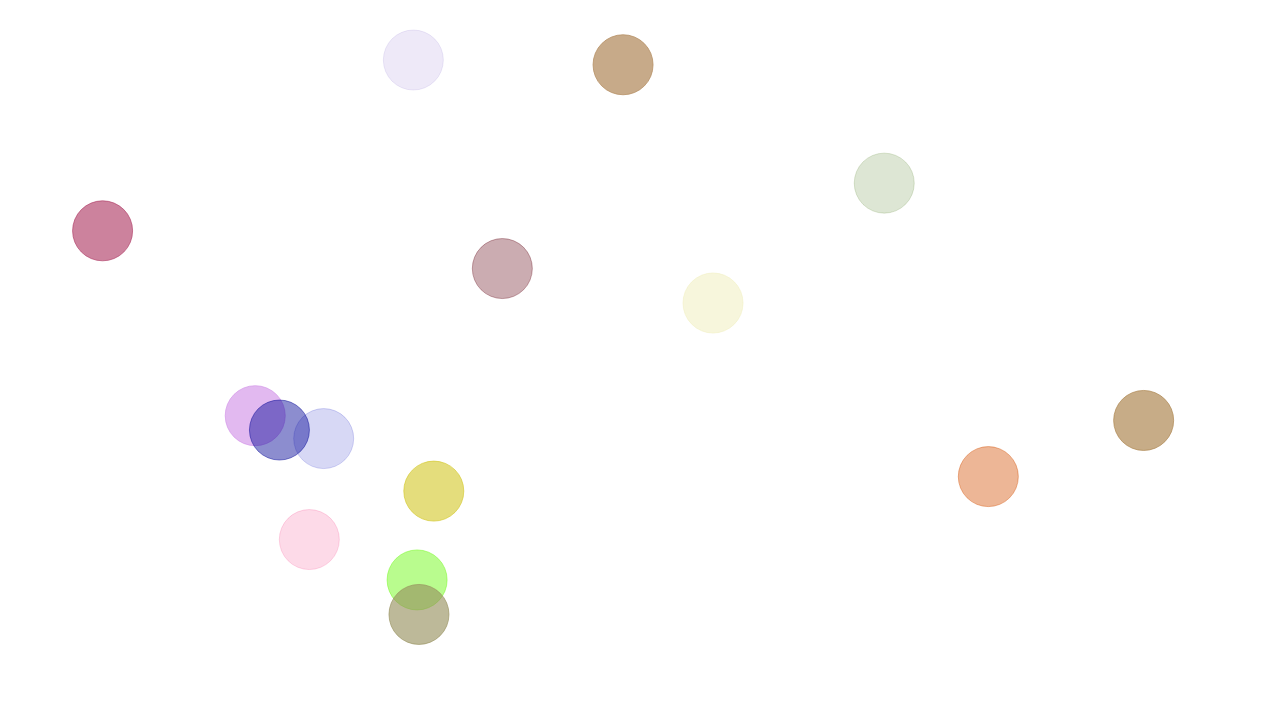
Repository: MikeTroianello/canvas-testing
Page: index.html
These files come from the project's save history. The page is drawn as it stood at one moment and after the next save; the edit follows.
The browser window is 1280 px wide. The pictures show the whole page.

Above is the page before, as saved 2019-06-05 21:39:27.

### index.html
<!DOCTYPE html>
<html lang="en">
  <head>
    <meta charset="UTF-8" />
    <meta name="viewport" content="width=device-width, initial-scale=1.0" />
    <meta http-equiv="X-UA-Compatible" content="ie=edge" />
    <link rel="stylesheet" type="text/css" href="style.css" />
    <title>Canvas</title>
  </head>
  <body>
    <canvas></canvas>
    <script src="canvas.js"></script>
  </body>
</html>

### style.css
body {
  margin: 0;
}

/* canvas {
  border: 1px solid black;
} */

### canvas.js
var canvas = document.querySelector('canvas');
console.log(canvas);

canvas.width = window.innerWidth;
canvas.height = window.innerHeight;

var ctx = canvas.getContext('2d');

// for (let i = 0; i < canvas.width; i++) {
//   ctx.fillStyle = `rgba(${i}, ${i}, ${i * 30}, 1)`;
//   ctx.fillRect(i * 100, i * 100, 100, 100);
// }

//Line

// ctx.beginPath();
// ctx.moveTo(50, 300);
// ctx.lineTo(300, 100);
// ctx.lineTo(400, 300);
// ctx.strokeStyle = 'blue';
// ctx.stroke();

//arc
// ctx.beginPath();
// ctx.arc(300, 300, 30, 0, Math.PI * 2, false);
// ctx.strokeStyle = 'red';
// ctx.stroke();

// for (let i = 0; i < 1009; i++) {
//   var x = Math.random() * window.innerWidth;
//   var y = Math.random() * window.innerHeight;
//   var r = Math.floor(Math.random() * 255);
//   ctx.beginPath();
//   ctx.arc(x, y, 30, 0, Math.PI * 2, false);
//   ctx.strokeStyle = `rgba(${Math.floor(Math.random() * 255)},${Math.floor(
//     Math.random() * 255
//   )},${Math.floor(Math.random() * 255)}, ${Math.random()}`;
//   ctx.stroke();
// }

//MOVING CIRCLES

var mouse = {
  x: undefined,
  y: undefined
};

window.addEventListener('mousemove', function(event) {
  mouse.x = event.x;
  mouse.y = event.y;
});

class Circle {
  constructor(x, y, dx, dy, radius, color) {
    this.x = x;
    this.y = y;
    this.dx = dx;
    this.dy = dy;
    this.radius = radius;
    this.color = color;
    this.draw = function() {
      ctx.beginPath();
      ctx.arc(this.x, this.y, this.radius, 0, Math.PI * 2, false);
      ctx.strokeStyle = this.color;
      ctx.stroke();
      ctx.fillStyle = this.color;
      ctx.fill();
    };
    this.update = function() {
      if (this.x + radius >= innerWidth || this.x - radius <= 0) {
        this.dx = -this.dx;
      }
      if (this.y + radius >= innerHeight || this.y - radius <= 0) {
        this.dy = -this.dy;
      }
      this.x += this.dx;
      this.y += this.dy;

      // interactivity

      if (
        mouse.x - this.x < 50 &&
        mouse.x - this.x > -50 &&
        mouse.y - this.y < 50 &&
        mouse.y - this.y > -50
      ) {
        this.radius++;
      }
      if (
        mouse.x - this.x > 50 &&
        mouse.x - this.x < -50 &&
        mouse.y - this.y > 50 &&
        mouse.y - this.y < -50 &&
        this.radius >= 30
      ) {
        this.radius--;
      }

      this.draw();
    };
  }
}

var circleArray = [];

for (let i = 0; i < 15; i++) {
  // let r = Math.random() * 35;
  let r = 30;
  let x = Math.random() * (innerWidth - r * 2) + r;
  let y = Math.random() * (innerHeight - r * 2) + r;
  let dx = (Math.random() - 0.5) * 5;
  let dy = (Math.random() - 0.5) * 5;
  let color = `rgba(${Math.floor(Math.random() * 255)},${Math.floor(
    Math.random() * 255
  )},${Math.floor(Math.random() * 255)}, ${Math.random()}`;
  circleArray.push(new Circle(x, y, dx, dy, r, color));
}

console.log(circleArray);

function animate() {
  requestAnimationFrame(animate);
  ctx.clearRect(0, 0, innerWidth, innerHeight);

  for (let i = 0; i < circleArray.length; i++) {
    circleArray[i].update();
  }
}

animate();

After the next save:
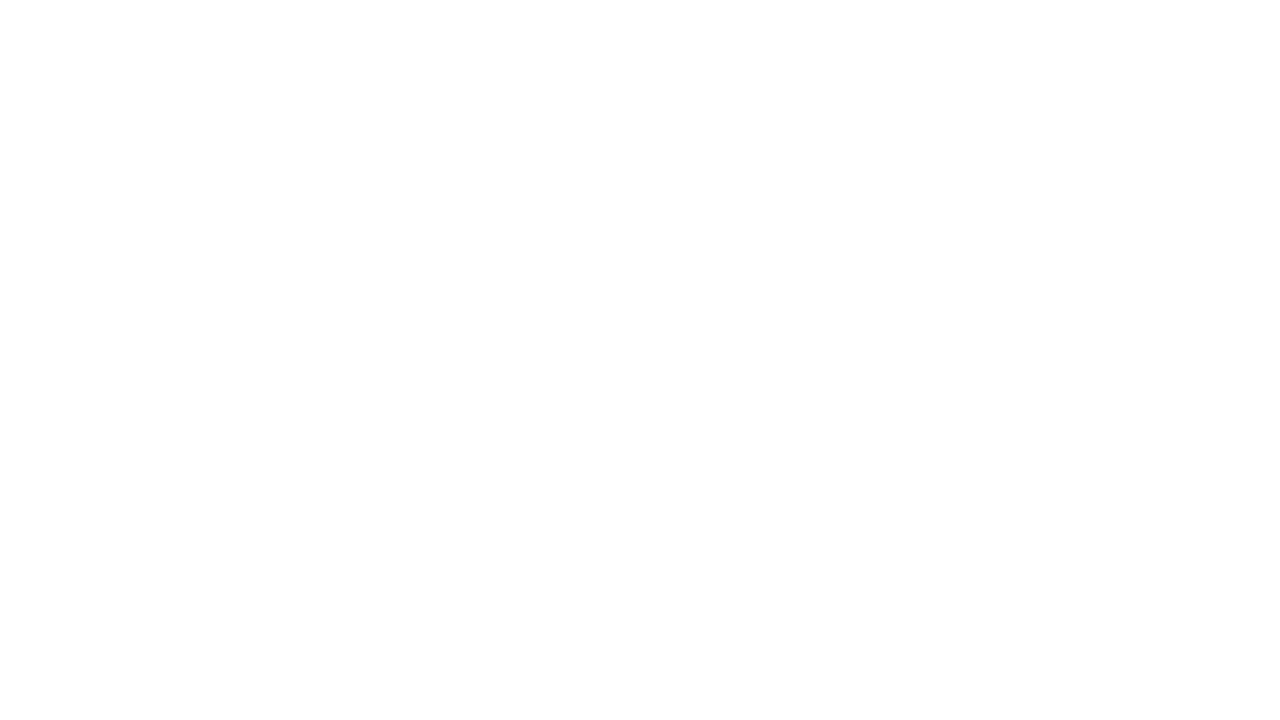
Console error: SyntaxError: Unexpected token ')'
Saved 34 s later.
--- a/canvas.js
+++ b/canvas.js
@@ -91,7 +91,7 @@
         mouse.x - this.x < -50 &&
         mouse.y - this.y > 50 &&
         mouse.y - this.y < -50 &&
-        this.radius >= 30
+        // this.radius >= 30
       ) {
         this.radius--;
       }

After the save that followed:
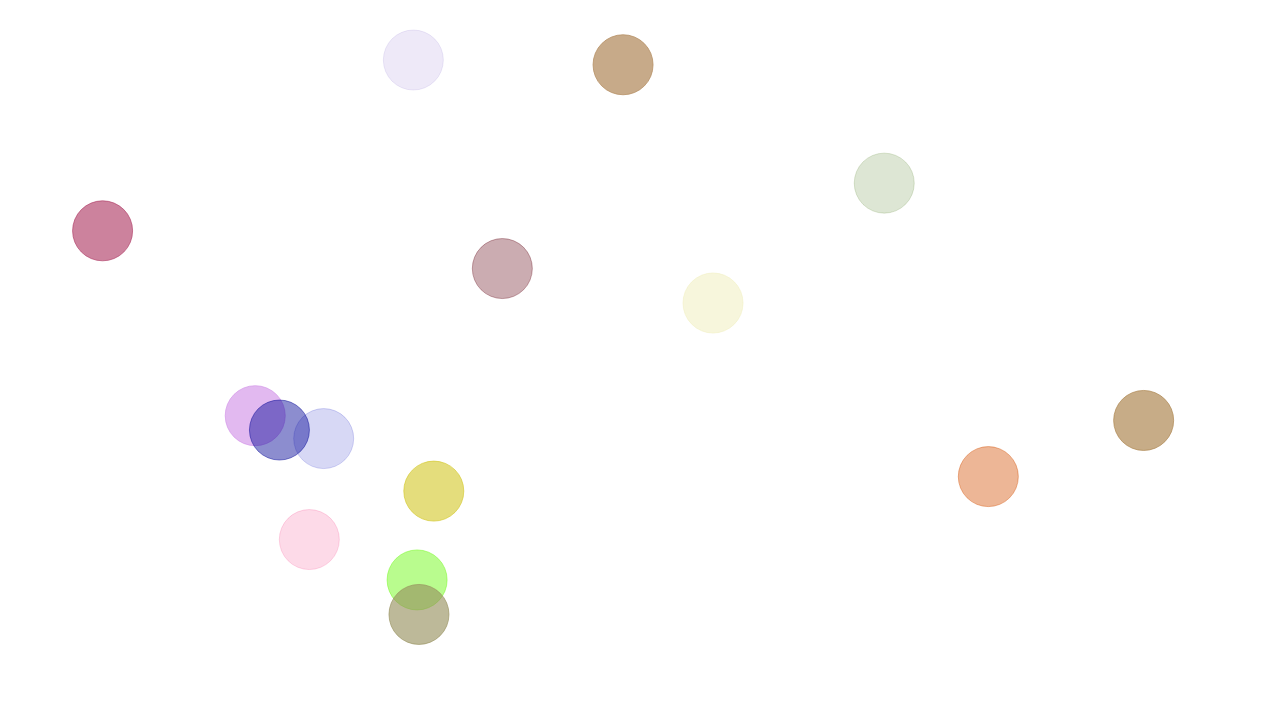
The error is gone.
Saved 7 s later.
--- a/canvas.js
+++ b/canvas.js
@@ -90,7 +90,7 @@
         mouse.x - this.x > 50 &&
         mouse.x - this.x < -50 &&
         mouse.y - this.y > 50 &&
-        mouse.y - this.y < -50 &&
+        mouse.y - this.y < -50
         // this.radius >= 30
       ) {
         this.radius--;
